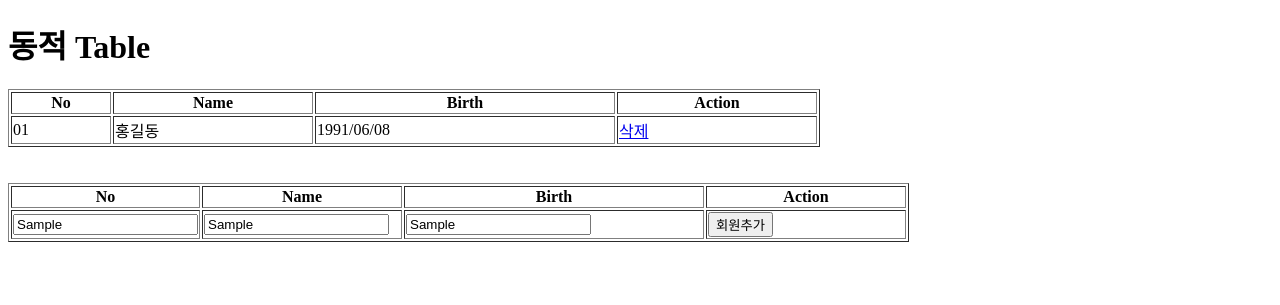
Repository: jeongho97/JQuery
Page: alloc/WebContent/index.html
These files come from the project's save history. The page is drawn as it stood at one moment and after the next save; the edit follows.
The browser window is 1280 px wide. The pictures show the whole page.
Empty fields were first filled with sample values (such as "Sample", 5 or name@example.com).
After loading, the first visible `#append_row` was clicked once.

Above is the page before, as saved 2022-05-13 07:21:19.

### alloc/WebContent/index.html
<!DOCTYPE html>
<html>
<head>
<meta charset="UTF-8">
<title>Insert title here</title>
<script src="https://code.jquery.com/jquery-3.6.0.js"></script>
</head>
<body>

<h1>동적 Table</h1>

<table border="1" id="list_table">
<colgroup>

	<col style="width:100px">
	<col style="width:200px">
	<col style="width:300px">
	<col style="width:200px">

</colgroup>

<thead>
<tr>

	<th>No</th>
	<th>Name</th>
	<th>Birth</th>
	<th>Action</th>

</tr>
</thead>

<tbody>
<tr>
	<td>01</td>
	<td>홍길동</td>
	<td>1991/06/08</td>
	<td><a href="#" class="delete-link">삭제</a></td>
</tr>
</tbody>


</table>

<br><br>

<!-- 입력테이블 -->
<table border="1" id="append_table">
<colgroup>
	<col style="width:100px">
	<col style="width:200px">
	<col style="width:300px">
	<col style="width:200px">
</colgroup>

<thead>
<tr>
	<th><label for="add_no">No</label></th>
	<th>Name</th>
	<th>Birth</th>
	<th>Action</th>
</tr>
</thead>

<tbody>
<tr>
	<td><input type="text" id="add_no"></td>
	<td><input type="text" id="add_name"></td>
	<td><input type="text" id="add_birth"></td>
	<td><button type="button" id="append_row">회원추가</button></td>
</tr>
</tbody>

</table>

<script type="text/javascript">

$("#append_row").on("click",function(){

	if($("#add_no").val()==""){
		alert("빈칸을 작성해 주십시오");
	}
	else{



	}

})

</script>







</body>
</html>

After the next save:
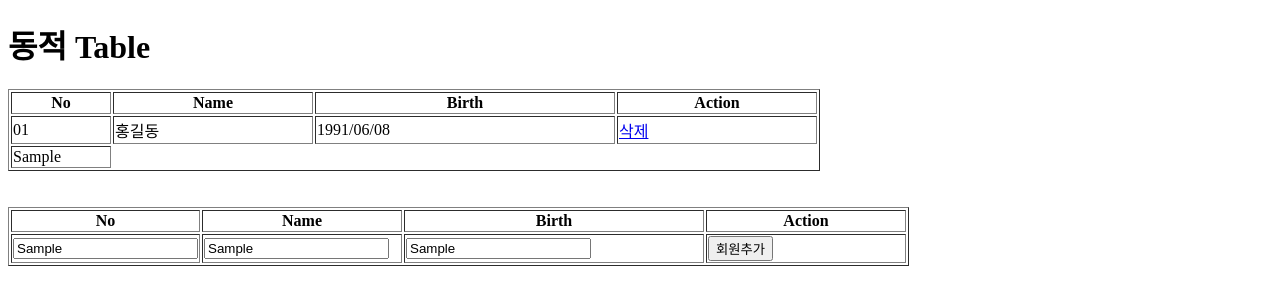
Saved 2 min 58 s later.
--- a/alloc/WebContent/index.html
+++ b/alloc/WebContent/index.html
@@ -82,6 +82,13 @@ $("#append_row").on("click",function(){
 	}
 	else{
 
+		$("#list_table").append(
+
+				$("<tr>").append(
+					$("<td>").append($("#add_no").val())
+
+			)
+		)
 
 
 	}
